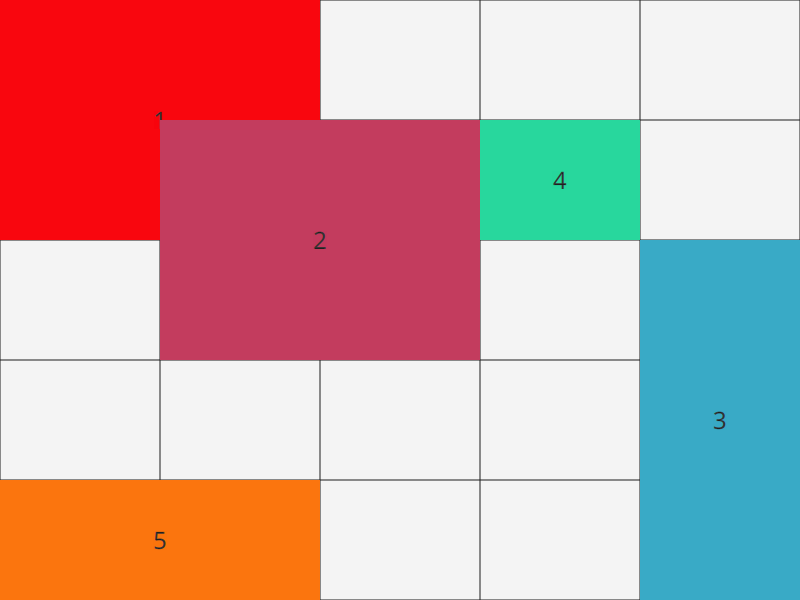
Repository: fredoluzjr/Java-Udemy
Program's window: java Workspace/exercicios-javafx/src/layout/AppLayout.java
These files come from the project's save history. The program's window is drawn as it stood at one moment and after a run of saves; the edit follows.
It runs on Java 21 on a 1366 x 768 screen with JavaFX 11; the title bar is not drawn.

Above is the program's window before, as saved 2021-07-08 23:32:22.

After the next 2 saves:
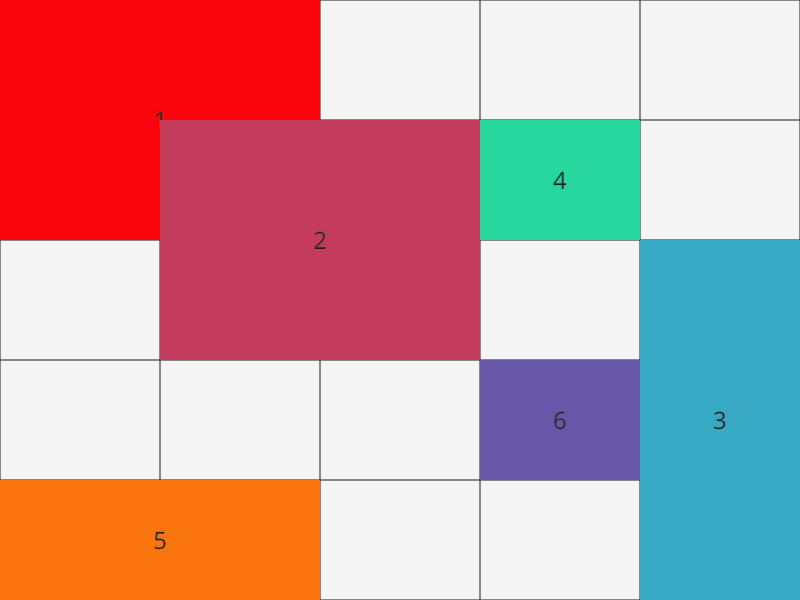
The 2 saves are shown as one change because 1 did not build or start.
The last was saved 23 s later.
--- a/Workspace/exercicios-javafx/src/layout/TesteGridPane.java
+++ b/Workspace/exercicios-javafx/src/layout/TesteGridPane.java
@@ -25,6 +25,7 @@
 		add(c3, 4, 2, 1, 3);
 		add(c4, 3, 1);
 		add(c5, 0, 4, 2, 1);
+		add(c6, 3, 3);
 	}
 
 	private ColumnConstraints cc() {
